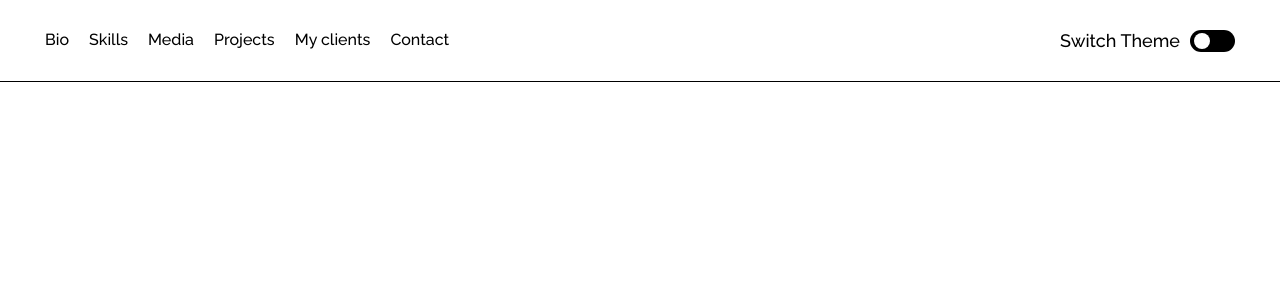
Repository: moataz305G/Personal-website
Page: index.html
The author's editor kept a copy of each file at every save. The page is drawn from the files as they stood at one save, then again after the next save.
The browser window is 1280 px wide. The pictures show the whole page.

Above is the page before, as saved 2025-12-12 20:02:02.

### index.html
<!DOCTYPE html>
<html lang="en">
  <head>
    <meta charset="UTF-8" />

    <meta name="viewport" content="width=device-width, initial-scale=1.0" />
    <link rel="preconnect" href="https://fonts.googleapis.com" />
    <link rel="preconnect" href="https://fonts.gstatic.com" crossorigin />
    <link
      href="https://fonts.googleapis.com/css2?family=Raleway:ital,wght@0,100..900;1,100..900&display=swap"
      rel="stylesheet"
    />

    <link rel="stylesheet" href="Style.css" />
    <title class="title">Moataz khimes</title>
  </head>
  <body>
    <div class="container">
      <header class="header">
        <nav class="navigation">
          <ul class="navigation__list">
            <li><a href="#" class="navigation__link">Bio</a></li>
            <li><a href="#" class="navigation__link">Skills</a></li>
            <li><a href="#" class="navigation__link">Media</a></li>
            <li><a href="#" class="navigation__link">Projects</a></li>
            <li><a href="#" class="navigation__link">My clients</a></li>
            <li><a href="#" class="navigation__link">Contact</a></li>
          </ul>
        </nav>

        <div class="toggle">
          <h3 class="toggle__title">Switch Theme</h3>
          <input
            type="checkbox"
            name="toggle checkbox"
            id="toggle"
            class="toggle__checkbox"
          />
          <label for="toggle" class="toggle__label"></label>
        </div>
      </header>

      <sction id="bio" class="bio"> <h1 class="bio__heading"></h1> </sction>
    </div>
  </body>
</html>

### Style.css
:root {
  --container-width: 119rem;
  --guter: 6rem;

  --color-black: #000;
  --color-white: #fff;
  --color-blue: #2374e1;
  --color-lite-blue: #1d9bf0;
  --color-dark-blue: #0a66c2;
  --color-darker-blue: #143ce8;
  --color-red: #ff0000;
  --color-green: #03a696;
  --color-gray: #f6f6f6;
  --color-dark-green: #42959b;

  --color-background: var(--color-white);
  --color-text: var(--color-black);
  --color-box-img: var(--color-black);
  --color-link-bg: var(--color-black);
  --color-input-border: var(--color-black);

  --font-family-raleway: "Raleway", sans-serif;
  --font-family-poppins: "Poppins", sans-serif;

  --font-weight-regular: 400;
  --font-weight-medium: 500;
  --font-weight-semi-bold: 600;
  --font-weight-bold: 700;

  --font-size-70: 7rem;
  --font-size-65: 6.5rem;
  --font-size-40: 4rem;
  --font-size-38: 3.8rem;
  --font-size-24: 2.4rem;
  --font-size-22: 2.2rem;
  --font-size-20: 2rem;
  --font-size-18: 1.8rem;
  --font-size-15: 1.5rem;

  --transition-timing: 0.3s;
}
/* CSS Reset */
* {
  margin: 0;
  padding: 0;
}

*,
*::after,
*::before {
  box-sizing: border-box;
}

a {
  color: inherit;
  display: inline-block;
}

button {
  background-color: transparent;
  border: none;
  cursor: pointer;
}

ul,
ol {
  list-style: none;
}
/* END CSS Reset */
html {
  font-size: 62.5%;
  scroll-behavior: smooth;
  scroll-padding-top: 11rem;
}

body {
  font-size: 1.6rem;
  font-family: var(--font-family-raleway);
  background-color: var(--color-background);
  color: var(--color-text);
}

.container {
  max-width: var(--container-width);
  margin: 0 auto;
}
header {
  position: relative;
  padding: 3rem 0;
  display: flex;
  justify-content: center;
  z-index: 0;
}
.header::before {
  content: "";
  position: absolute;
  height: 100%;
  width: 100vw;
  border-bottom: 0.1rem solid var(--color-black);
  top: 0;
  z-index: -1;
}

.navigation__list {
  display: flex;
  gap: 2rem;
}
.navigation__link:link,
.navigation__link:visited {
  text-decoration: none;
  font-weight: var(--font-weight-medium);
}
.navigation__link:hover,
.navigation__link:active {
  text-decoration: underline;
  color: var(--color-text);
}

/* Toggle */
.toggle {
  display: flex;
  gap: 1rem;
  margin-left: auto;
}
.toggle__title {
  font-weight: var(--font-weight-medium);
  font-size: var(--font-size-18);
}

.toggle__checkbox {
  display: none;
}

.toggle__label {
  display: block;
  position: relative;
  background-color: var(--color-black);
  border-radius: 1.5rem;
  width: 4.5rem;
  height: 2.2rem;
  cursor: pointer;
  padding: 0.3rem 0.4rem;
  transition: 0.3s;
}

.toggle__label::after {
  content: "";
  display: block;
  width: 1.6rem;
  height: 1.6rem;
  border-radius: 50%;
  background-color: var(--color-white);
  transition: 0.3s;
}

.toggle__checkbox:checked + .toggle__label {
  background-color: var(--color-white);
}
.toggle__checkbox:checked + .toggle__label::after {
  transform: translateX(2.1rem);
  background-color: var(--color-green);
}

/* End Toggle */

After the next save:
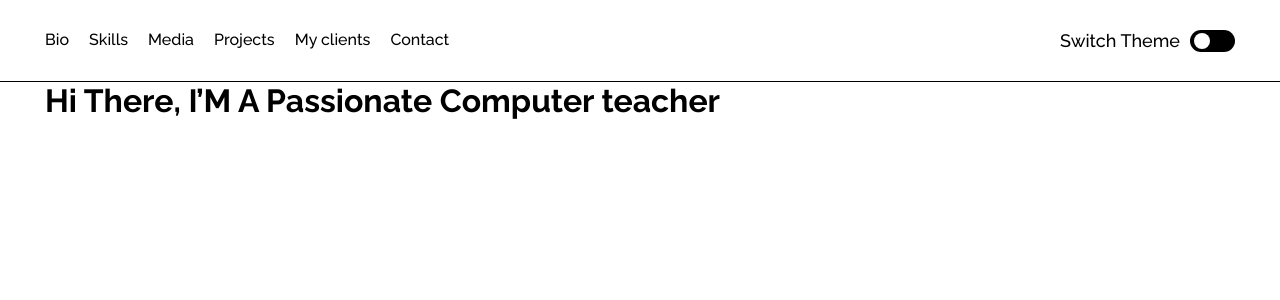
Saved 63 s later.
--- a/index.html
+++ b/index.html
@@ -40,7 +40,11 @@
         </div>
       </header>
 
-      <sction id="bio" class="bio"> <h1 class="bio__heading"></h1> </sction>
+      <sction id="bio" class="bio">
+        <h1 class="bio__heading">
+          Hi There, I’M A Passionate Computer teacher
+        </h1>
+      </sction>
     </div>
   </body>
 </html>
